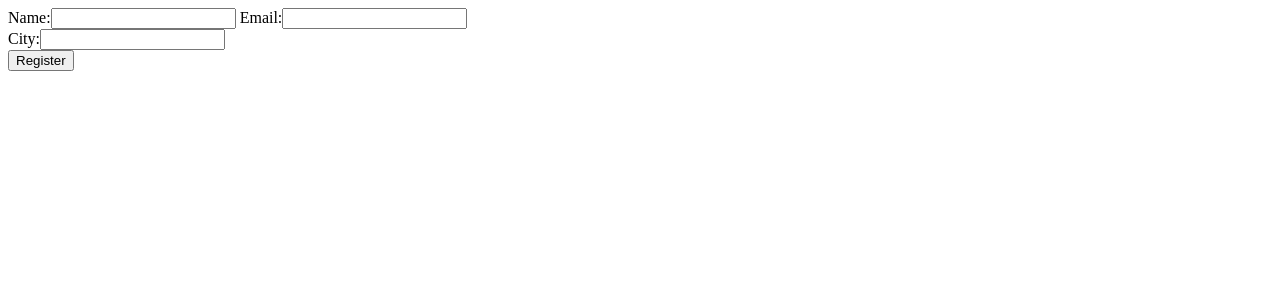
Repository: seanchrishungerford/JavaProjects
Page: DemoApp/WebContent/WEB-INF/register.html
These files come from the project's save history. The page is drawn as it stood at one moment and after the next save; the edit follows.
The browser window is 1280 px wide. The pictures show the whole page.

Above is the page before, as saved 2020-12-16 16:12:03.

### DemoApp/WebContent/WEB-INF/register.html
<!DOCTYPE html>
<html>
<head>
<meta charset="UTF-8">
<title>Insert title here</title>
</head>
<body>

<form method="post" action="Registration">

Name:<input type="text" name="uname">
Email:<input type="email" name ="email"><br/>
City:<input type="text" name = "city"><br/>


<button type="submit">Register</button>


</form>


</body>
</html>

After the next save:
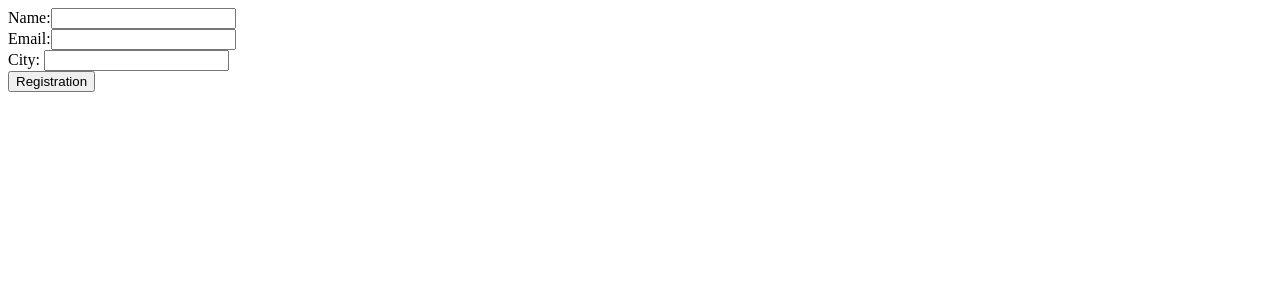
Saved 62 s later.
--- a/DemoApp/WebContent/WEB-INF/register.html
+++ b/DemoApp/WebContent/WEB-INF/register.html
@@ -1,3 +1,4 @@
+
 <!DOCTYPE html>
 <html>
 <head>
@@ -8,16 +9,19 @@
 
 <form method="post" action="Registration">
 
-Name:<input type="text" name="uname">
-Email:<input type="email" name ="email"><br/>
-City:<input type="text" name = "city"><br/>
+Name:<input type="text" name="uname"> <br/>
+
+Email:<input type="email" name="email"> <br/>
+City: <input type="text" name="city"><br/>
 
 
-<button type="submit">Register</button>
 
+<button type="submit">Registration</button>
 
 </form>
 
 
+
+
 </body>
 </html>
